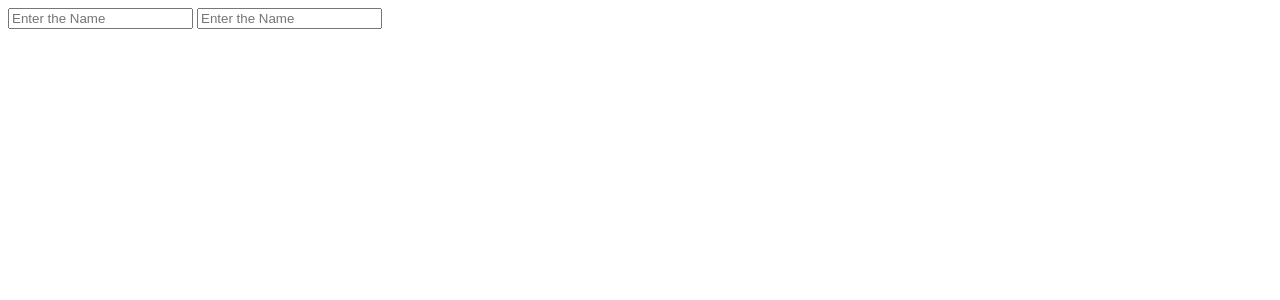
Repository: RishabhUmredkar/Adv-Java
Page: Form/src/main/webapp/index.html
The author's editor kept a copy of each file at every save. The page is drawn from the files as they stood at one save, then again after the next save.
The browser window is 1280 px wide. The pictures show the whole page.

Above is the page before, as saved 2024-12-31 12:45:51.

After the next save:
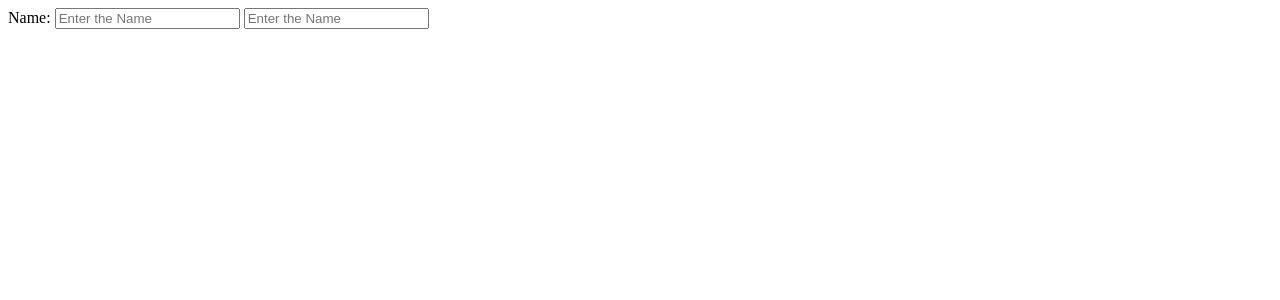
Saved 5 s later.
--- a/Form/src/main/webapp/index.html
+++ b/Form/src/main/webapp/index.html
@@ -7,7 +7,7 @@
 <body>
 
 <form action="reg">
-<input type="text" placeholder="Enter the Name" name ="userName">
+Name: <input type="text" placeholder="Enter the Name" name ="userName">
 <input type="text" placeholder="Enter the Name" name ="phno">
 
 </form>
